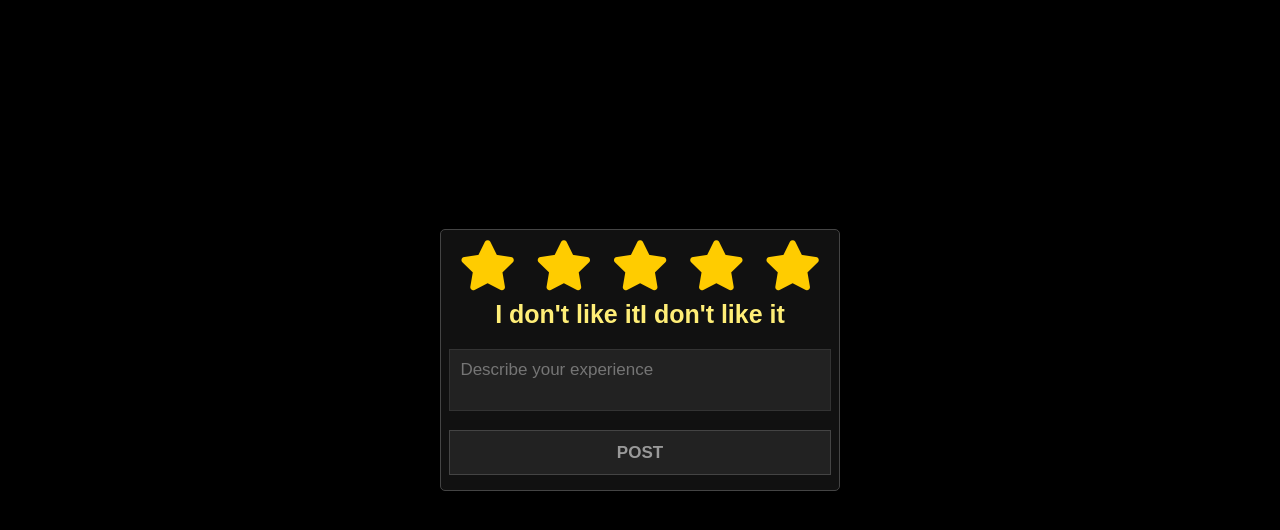
Repository: Suryansh-D/Star-Ratings
Page: index.html
These files come from the project's save history. The page is drawn as it stood at one moment and after a run of saves; the edit follows.
The browser window is 1280 px wide. The pictures show the whole page.
The first `input#rate-5` is checked.

Above is the page before, as saved 2024-02-03 10:10:57.

After the next 2 saves:
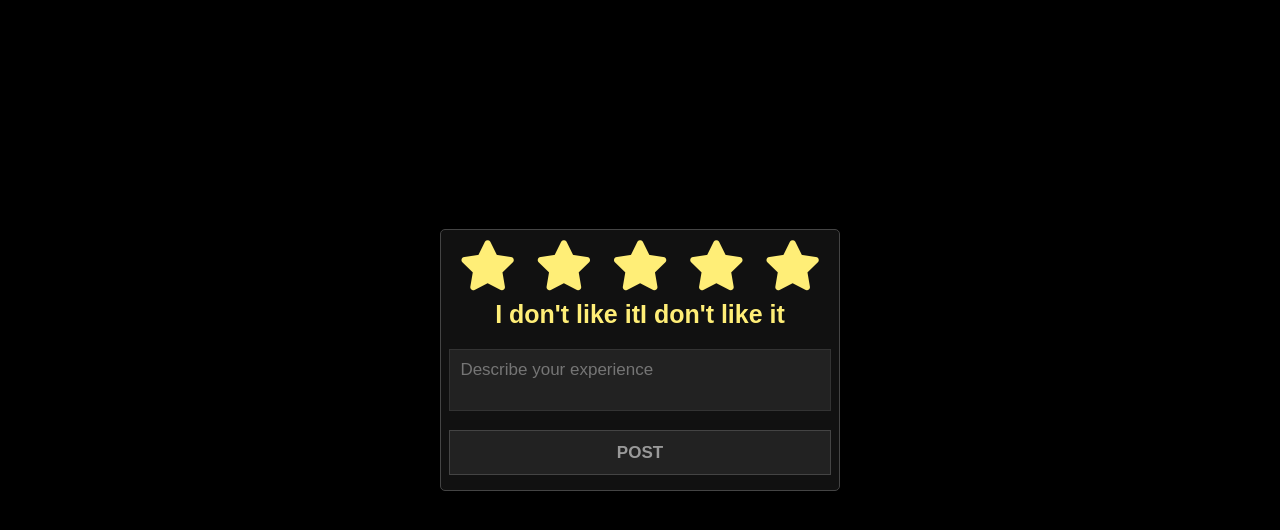
The 2 saves are shown as one change because they came seconds apart.
The last was saved 5 s later.
--- a/style.css
+++ b/style.css
@@ -44,7 +44,8 @@ html, body {
     color: #ffcc00;
 }
 input#rate-5:checked ~ label{
-    color: #f
+    color: #fe7;
+
 }
 
 input#rate-1 ~ form header:before{
